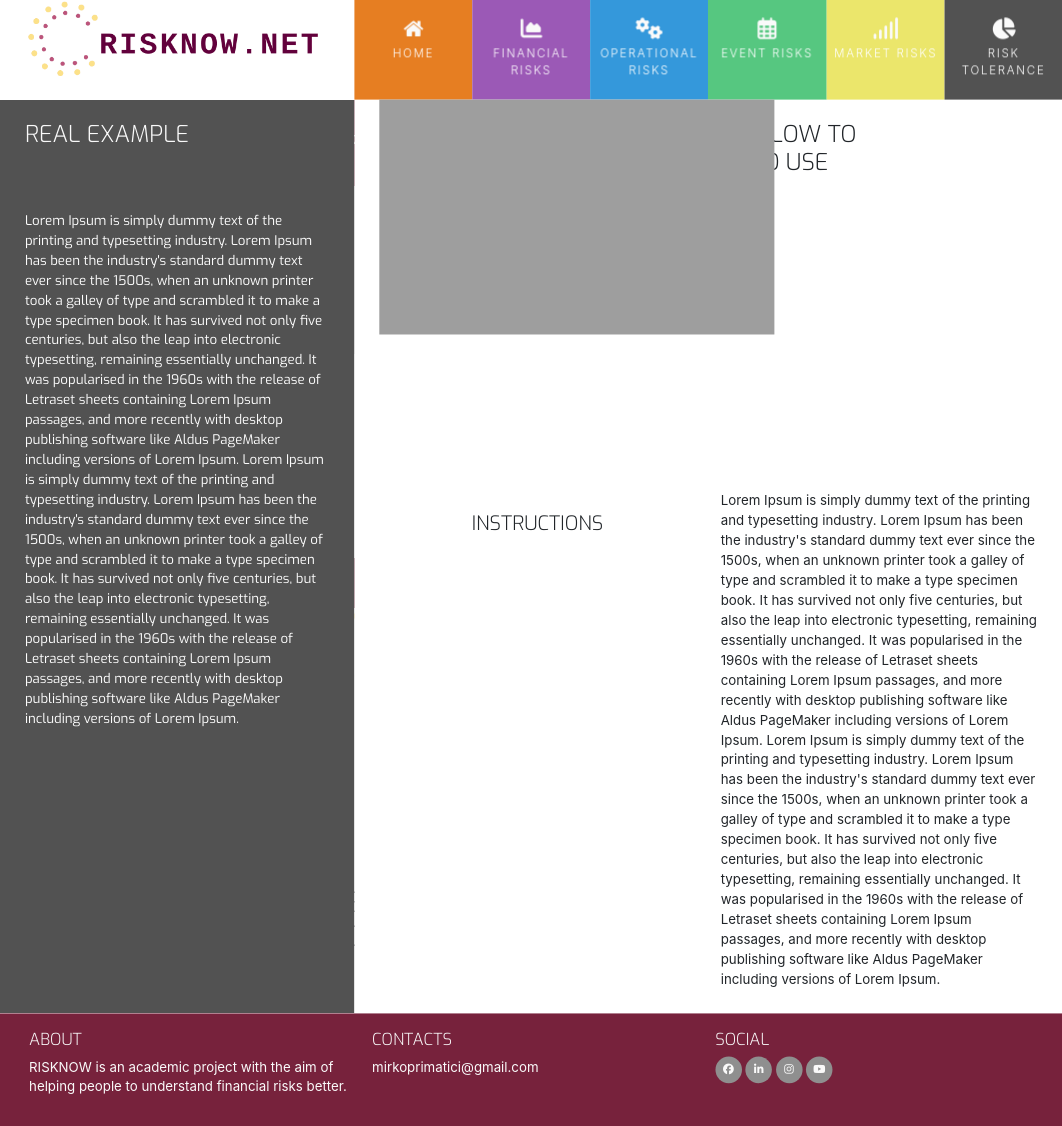
Repository: mirkoprimaticix/risknow.net
Page: index.html
The author's editor kept a record of every edit. The page is drawn from the files as they stood at one moment, then again after the next edit.
The browser window is 1280 px wide. The pictures show the whole page, at 83% of full size.
Pictures or frames that could not be fetched are drawn as grey boxes. Some web libraries are served in a nearby version.

Above is the page before.
Console error: TypeError: Cannot read properties of undefined (reading 'fn')

### index.html
<!DOCTYPE html>
<html lang="en">
<head>
    <meta charset="UTF-8">
    <meta name="viewport" content="width=device-width, initial-scale=1.0">
    <meta http-equiv="X-UA-Compatible" content="ie=edge">
    <link rel="stylesheet" href="https://stackpath.bootstrapcdn.com/bootstrap/4.3.1/css/bootstrap.min.css" integrity="sha384-ggOyR0iXCbMQv3Xipma34MD+dH/1fQ784/j6cY/iJTQUOhcWr7x9JvoRxT2MZw1T" crossorigin="anonymous">
    <script src="https://stackpath.bootstrapcdn.com/bootstrap/4.3.1/js/bootstrap.min.js" integrity="sha384-JjSmVgyd0p3pXB1rRibZUAYoIIy6OrQ6VrjIEaFf/nJGzIxFDsf4x0xIM+B07jRM" crossorigin="anonymous"></script>
    <link rel="stylesheet" href="https://cdnjs.cloudflare.com/ajax/libs/hover.css/2.1.1/css/hover-min.css" type="text/css" />
    <link rel="stylesheet" href="assets/css/style.css" type="text/css" />
    <script src="https://kit.fontawesome.com/079103ba7f.js"></script>
    <link rel="stylesheet" href="https://stackpath.bootstrapcdn.com/font-awesome/4.7.0/css/font-awesome.min.css" type="text/css" />

    <title>RISKNOW</title>
</head>
<body>
    <header>
        <div class = "row no-gutters">
            <a href="index.html" class = "col-md-4 logo">

            </a>
            <div class="col-md-8">
                <div class="row no-gutters">
                    <div class="col">
                        <ul id="nav" class="list-inline menucontainer">
                            <li class="col-6 col-sm-2 list-inline-item ui-menu-color-home menuitem">
                                <a href="index.html" class="hvr-sweep-to-bottom"><i class="fa fa-home" aria-hidden="true"></i><span>Home</span></a>
                            </li>
                            <li class="col-6 col-sm-2 list-inline-item ui-menu-color-fr menuitem">
                                <a href="financialrisk.html" class="hvr-sweep-to-bottom"><i class="fas fa-chart-area" aria-hidden="true"></i><span>Financial Risks</span></a>
                            </li>
                            <li class="col-6 col-sm-2 list-inline-item ui-menu-color-or menuitem">
                                <a href="operationalrisk.html" class="hvr-sweep-to-bottom"><i class="fas fa-cogs" aria-hidden="true"></i><span>Operational Risks</span></a>
                            </li>
                            <li class="col-6 col-sm-2 list-inline-item ui-menu-color-er menuitem">
                                <a href="eventrisk.html" class="hvr-sweep-to-bottom"><i class="far fa-calendar-alt" aria-hidden="true"></i><span>Event Risks</span></a>
                            </li>
                            <li class="col-6 col-sm-2 list-inline-item ui-menu-color-mr menuitem">
                                <a href="marketrisk.html" class="hvr-sweep-to-bottom"><i class="fas fa-signal" aria-hidden="true"></i><span>Market Risks</span></a>
                            </li>
                            <li class="col-6 col-sm-2 list-inline-item ui-menu-color-rt menuitem">
                                <a href="risktolerance.html" class="hvr-sweep-to-bottom"><i class="fas fa-chart-pie" aria-hidden="true"></i><span>Risk Tolerance</span></a>
                            </li>
                        </ul>
                    </div>
                </div>
            </div>
        </div>
    </header>

    <section class="container-fluid">
        <div class="row">
            <div class="col-md-4 bg-color-real-example section-column">
                <div class="row">
                    <div class="col-12">
                        <h3 class="history-heading uppercase">
                            REAL EXAMPLE
                        </h3>
                    </div>
                </div>
                <div class="history-items">
                <p class= "story-color">
                    Lorem Ipsum is simply dummy text of the printing and typesetting industry.
                    Lorem Ipsum has been the industry's standard dummy text ever since the 1500s, when an unknown
                    printer took a galley of type and scrambled it to make a type specimen book. It has survived not only five
                    centuries, but also the leap into electronic typesetting, remaining essentially unchanged. It was popularised in the
                    1960s with the release of Letraset sheets containing
                    Lorem Ipsum passages, and more recently with desktop publishing software like Aldus PageMaker including versions of Lorem Ipsum.
                    Lorem Ipsum is simply dummy text of the printing and typesetting industry.
                    Lorem Ipsum has been the industry's standard dummy text ever since the 1500s, when an unknown
                    printer took a galley of type and scrambled it to make a type specimen book. It has survived not only five
                    centuries, but also the leap into electronic typesetting, remaining essentially unchanged. It was popularised in the
                    1960s with the release of Letraset sheets containing
                    Lorem Ipsum passages, and more recently with desktop publishing software like Aldus PageMaker including versions of Lorem Ipsum.
                </p>
                </div>
            </div>
            <div class="col-md-8 bg-color-three-reasons section-column">
                <div class="row">
                    <div class="col">
                        <h3 class="section-heading uppercase">Watch the video below to understand how to use this website</h3>
                    </div>
                </div>
                <div class="row">
                    <div class="col">
                        <div class="videoWrapper">
                            <iframe width="560" height="349" src="https://www.youtube.com/embed/ehS-k9Ng7Ww" frameborder="0" allowfullscreen></iframe>
                        </div>
                    </div>
                </div>
                <div class="row lecture-color-margin">
                    <div class="col">
                        <h4 class="section-heading uppercase">Instructions</h3>
                    </div>

                    <div class="col">
                        Lorem Ipsum is simply dummy text of the printing and typesetting industry.
                        Lorem Ipsum has been the industry's standard dummy text ever since the 1500s, when an unknown
                        printer took a galley of type and scrambled it to make a type specimen book. It has survived not only five
                        centuries, but also the leap into electronic typesetting, remaining essentially unchanged. It was popularised in the
                        1960s with the release of Letraset sheets containing
                        Lorem Ipsum passages, and more recently with desktop publishing software like Aldus PageMaker including versions of Lorem Ipsum.
                        Lorem Ipsum is simply dummy text of the printing and typesetting industry.
                        Lorem Ipsum has been the industry's standard dummy text ever since the 1500s, when an unknown
                        printer took a galley of type and scrambled it to make a type specimen book. It has survived not only five
                        centuries, but also the leap into electronic typesetting, remaining essentially unchanged. It was popularised in the
                        1960s with the release of Letraset sheets containing
                        Lorem Ipsum passages, and more recently with desktop publishing software like Aldus PageMaker including versions of Lorem Ipsum.
                    </div>
                </div>
            </div>
        </div>

    </section>



    <footer class="container-fluid">
        <div id="footer-details" class="row">
            <div class="col-sm-4">
                <h5 class="uppercase general-sub">About</h5>
                <p class="inline-block">
                    RISKNOW is an academic project with the aim of helping people to understand financial risks better.
                </p>
            </div>
            <div class="col-sm-4">
                <h5 class="uppercase general-sub">Contacts</h5>
                <p class="inline-block">
                    mirkoprimatici@gmail.com
                </p>
            </div>
            <div class="col-sm-4">
                <h5 class="uppercase general-sub">Social</h5>
                <ul class="list-inline social-links">
                    <li class="list-inline-item">
                        <a target="_blank" href="https://www.facebook.com/mirkoprimaticiofficial/">
                            <i class="fab fa-facebook" aria-hidden="true"></i>
                            <span class="sr-only">Facebook</span>
                        </a>
                    </li>
                    <li class="list-inline-item">
                        <a target="_blank" href="https://www.linkedin.com/in/mirko-primatici-a9196514a">
                            <i class="fab fa-linkedin" aria-hidden="true"></i>
                            <span class="sr-only">LinkedIn</span>
                        </a>
                    </li>
                    <li class="list-inline-item">
                        <a target="_blank" href="https://www.instagram.com/mirko_rko">
                            <i class="fab fa-instagram" aria-hidden="true"></i>
                            <span class="sr-only">Instagram</span>
                        </a>
                    </li>
                    <li class="list-inline-item">
                        <a target="_blank" href="https://www.youtube.com/channel/UC_WM-2rRN2VFD-oBAOGrd_Q?view_as=subscriber">
                            <i class="fab fa-youtube" aria-hidden="true"></i>
                            <span class="sr-only">YouTube</span>
                        </a>
                    </li>
                </ul>
            </div>
        </div>
    </footer>
</body>
</html>

### assets/css/style.css
@import url('https://fonts.googleapis.com/css?family=Roboto:100,200,300,400,500,600,700|Exo:100,200,300,400,500,600,700');

/*--------------------------------------------Colors*/

.bg-color-name-title {
    background-color: #676767;
}

.bg-color-three-reasons {
    background-color: #fff;
}

.bg-color-personal-info {
    background-color: #f4f4f4;
}

.bg-color-real-example {
    background-color: #525252;
}

.bg-color-contact {
    background-color: #fff;
}

.ui-menu-color-home {
    background-color: #e67e22;
}

.ui-menu-color-fr {
    background-color: #9b59b6;
}

.ui-menu-color-or {
    background-color: #3498db;
}

.ui-menu-color-er {
    background-color: #56C780;
}

.ui-menu-color-mr {
    background-color: #EBE66B;
}

.ui-menu-color-rt {
    background-color: #525252;
}

.row-table {
    display: table;
}

.section-column {
    display: table-cell;
    padding: 0 30px 30px;
    float: none;
}

.section-heading {
    font-family: "Exo", sans-serif;
    font-weight: 300;
    margin-top: 25px;
    margin-bottom: 40px;
    position: absolute;
    left: 50%;
    transform: translate(-50%);
}

.story-color{
    font-family: "Exo";
    font-weight: 400;
    margin-top: 25px;
    margin-bottom: 40px;
    color: #fefefe;
}

/* ----------------------------------------Special paddings/margins/text */

h1,
h2,
h3,
h4 {
    margin: 0;
}

.uppercase {
    text-transform: uppercase;
}

.general-sub {
    font-family: "Exo", sans-serif;
    font-weight: 300;
    color: #fafafa;
}

.inline-block {
    display: inline-block;
}

.row-table {
    display: table;
}

.section-column {
    display: table-cell;
    padding: 0 30px 30px;
    float: none;
}

.history-heading,
.section-heading {
    font-family: "Exo", sans-serif;
    font-weight: 300;
    margin-top: 25px;
    margin-bottom: 40px;
}

/*--------------------------------------------Heading*/

header {
    margin: 0;
}

.heading {
    margin-left: 50px;
}


.logo {
    background: url("../images/logo.png");
    background-position: center;
    background-repeat: no-repeat;
    background-size: cover;
    min-height: 120px;
    transition: all .5s ease-in-out;
    -moz-transition: all .5s ease-in-out;
    -webkit-transition: all .5s ease-in-out;
}

.name {
    font-family: "Exo", sans-serif;
    font-weight: 100;
    font-size: 46px;
    margin-top: 50px;
    color: #fff;
}

.title {
    font-family: "Roboto", sans-serif;
    font-weight: 200;
    font-size: 28px;
    margin-top: 20px;
    margin-bottom: 90px;
    color: #fff;
}

.list-inline-item:not(:last-child) {
    margin: 0;
}

.menucontainer {
    font-size: 0;
}

#nav li {
    font-size: 14px;
    padding: 0;
}

#nav {
    margin: 0;
}

.menuitem {
    height: 120px;
    text-align: center;
    padding: 0;
}

.menuitem a {
    width: 100%;
    text-decoration: none;
    color: #fff;
    height: 120px;
}

.menuitem a i {
    padding-top: 22px;
    display: block;
    color: #fafafa;
    font-size: 26px;
}

.menuitem span {
    display: block;
    width: 100%;
    padding-top: 5px;
    text-align: center;
    text-transform: uppercase;
    font-size: 14px;
    font-weight: 300;
    letter-spacing: 2px;
}

/*--------------------------------------------Hover.css*/

.hvr-sweep-to-bottom:before {
    background: rgba(0, 0, 0, 0.2);
    height: 120px;
}

/* ----------------------------------------Footer */

footer {
    background-color: #77223C;
    color: #fafafa;
    min-height: 120px;
    margin: 0;
}

.social-links {
    padding-bottom: 15px;
}

.social-links li a i {
    width: 32px;
    height: 32px;
    padding: 12px 0;
    border-radius: 50%;
    font-size: 13px;
    line-height: 7px;
    text-align: center;
    color: #fafafa;
    background: #8f8f8f;
    transition: all 0.35s ease-in-out;
    -moz-transition: all 0.35s ease-in-out;
    -webkit-transition: all 0.35s ease-in-out;
    -o-transition: all 0.35s ease-in-out;
}

.social-links li a i:hover {
    background: #A4FFFA;
}

#footer-details {
    padding: 20px;
}

/* ----------------------------------------Three Reasons */

.three-reasons-icon {
    font-size: 26px;
    color: #e67e22;
}

.three-reasons-heading {
    margin-bottom: 15px;
}

/* ----------------------------------------Personal Info */

.personal-info-item {
    margin-bottom: 20px;
    display: block;
    clear: both;
}

.personal-info-item .key,
.personal-info-item .value {
    padding-right: 8px;
    display: inline-block;
}

.personal-info-item .key p,
.personal-info-item .value p {
    margin: 0;
}

.personal-info-item .key {
    width: 30%;
    margin-right: 21px;
    padding-top: 2px;
    vertical-align: top;
}

.personal-info-item .key p {
    font-weight: 700;
}

.personal-info-item .value {
    position: relative;
    width: 60%;
}

/* ----------------------------------------Skills */

.progress {
    position: relative;
    height: 25px;
    margin-bottom: 4px;
}

.progress-type {
    position: absolute;
    left: 0px;
    font-weight: 400;
    padding: 3px 30px 2px 10px;
    color: #fafafa;
    background-color: rgba(25, 25, 25, 0.2);
}

.progress-section {
    margin: 40px 20px;
}

/* ----------------------------------------Work History */

.history-heading {
    color: #fafafa;
    margin-bottom: 50px;
}

.timeline-item {
    padding: 4em 2em 0em 2em;
    position: relative;
    color: #fafafa;
    border-left: 1px solid;
}

.timeline-item p {
    padding: 0;
    margin: 0;
}

.timeline-item:before {
    content: attr(data-dates);
    position: absolute;
    left: 2.5em;
    top: 3em;
    display: block;
    font-family: "Exo", sans-serif;
    font-weight: 500;
    font-size: 0.8em;
    padding: 0;
    margin: 0;
}

.timeline-item:after {
    width: 12px;
    height: 12px;
    display: block;
    top: 2.4em;
    position: absolute;
    left: -6px;
    border-radius: 12px;
    content: '';
    background: #fafafa;
}

.history-items {
    margin-bottom: 30px;
}

/* ----------------------------------------Contact Form */

.contact-heading {
    font-family: "Exo", sans-serif;
    font-weight: 300;
    margin-top: 25px;
    margin-bottom: 20px;
}

.center-form {
    padding-top: 10px;
    margin: 0 auto;
    max-width: 70%;
}

button[type="submit"] {
    margin-top: 15px;
    margin-bottom: 20px;
    color: #fafafa;
    background-color: #e84610;
}

/* ----------------------------------------Media Queries */

@media(min-width: 992px) {
    .center-form {
        padding-top: 30px;
        min-height: 240px;
        margin: 0 auto;
        max-width: 50%;
    }
}

/* ----------------------------------------Youtube iFrame */

.videoWrapper {
	position: relative;
	padding-bottom: 56.25%; /* 16:9 */
	padding-top: 25px;
	height: 0;
}
.videoWrapper iframe {
	position: absolute;
	top: 0;
	left: 0;
	width: 60%;
	height: 60%;
}

.videoPosition{
    position: absolute;
    left: 50%;
    top:50%;
    transform: translate(50%,50%);
}

After the next edit:
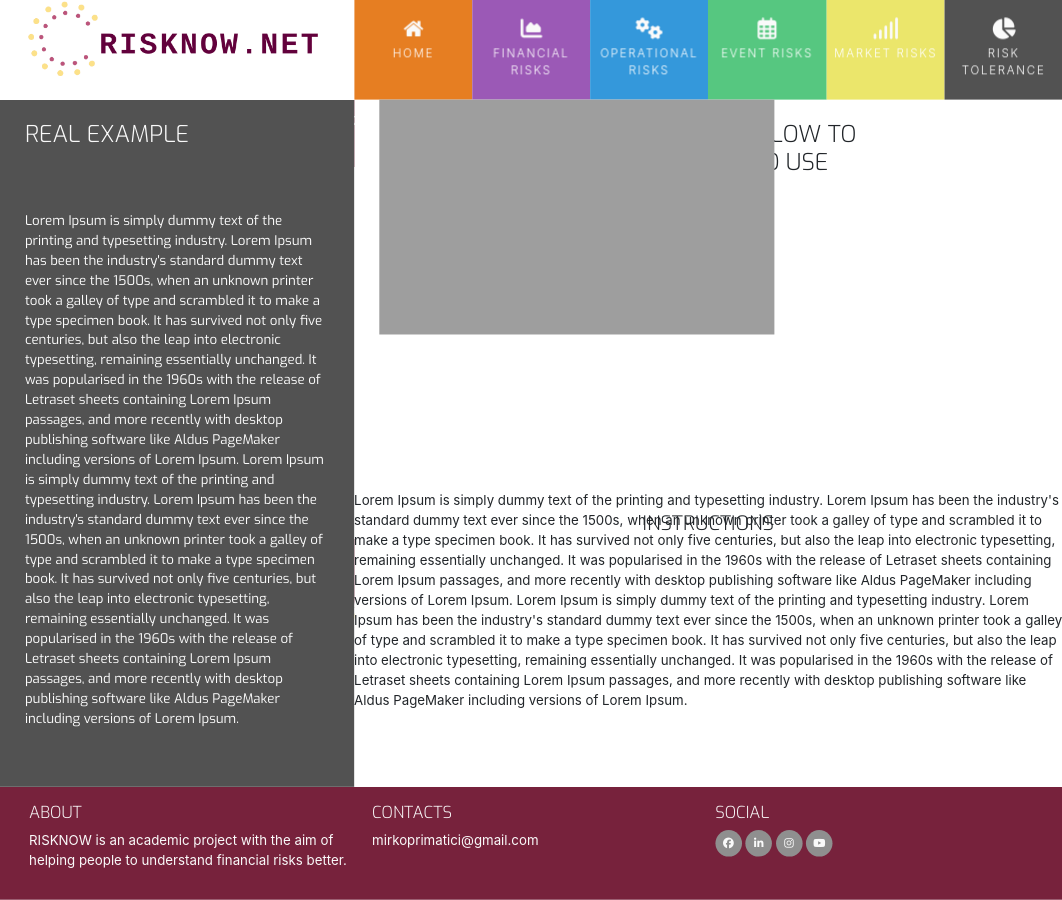
The edit:
--- a/index.html
+++ b/index.html
@@ -93,7 +93,7 @@
                         <h4 class="section-heading uppercase">Instructions</h3>
                     </div>
 
-                    <div class="col">
+                    <div class="row">
                         Lorem Ipsum is simply dummy text of the printing and typesetting industry.
                         Lorem Ipsum has been the industry's standard dummy text ever since the 1500s, when an unknown
                         printer took a galley of type and scrambled it to make a type specimen book. It has survived not only five
